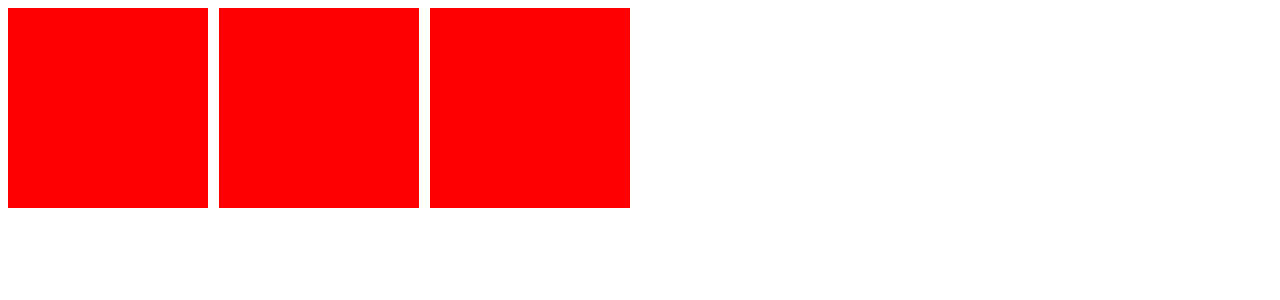
Repository: wonjunknag/kakao-clone
Page: 05-flex/index.html
An editor plug-in stored every save of this project. The page is shown before and after the next save, followed by the edit.
The browser window is 1280 px wide. The pictures show the whole page.

Above is the page before, as saved 2020-07-05 07:23:35.

After the next save:
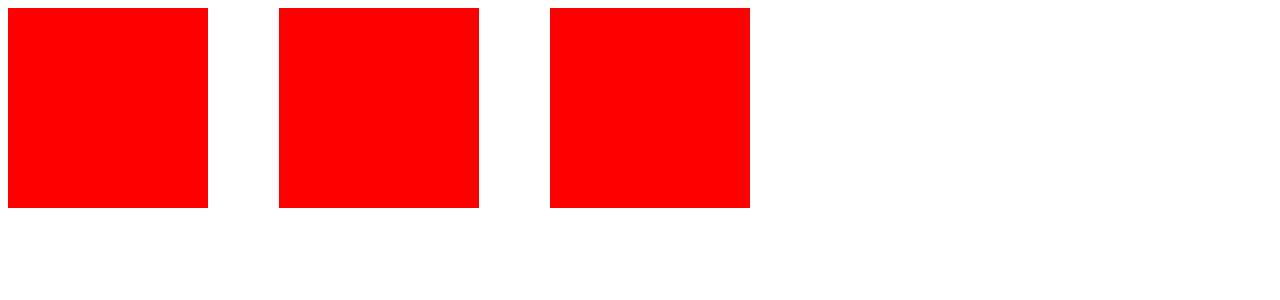
Saved 13 s later.
--- a/05-flex/index.html
+++ b/05-flex/index.html
@@ -11,7 +11,7 @@
         height: 200px;
         background-color: red;
         display: inline-block;
-        margin-right: 7px;
+        margin-right: 66.8px;
       }
     </style>
   </head>

After the save that followed:
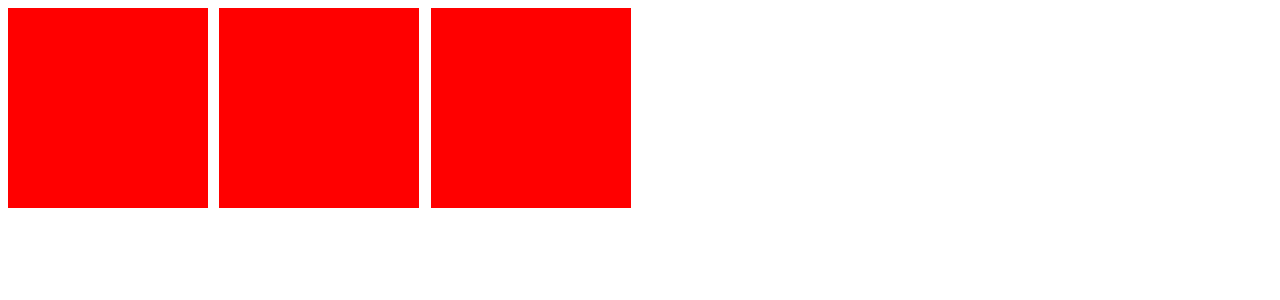
Saved 17 s later.
--- a/05-flex/index.html
+++ b/05-flex/index.html
@@ -11,7 +11,7 @@
         height: 200px;
         background-color: red;
         display: inline-block;
-        margin-right: 66.8px;
+        margin-right: 7.3px;
       }
     </style>
   </head>
